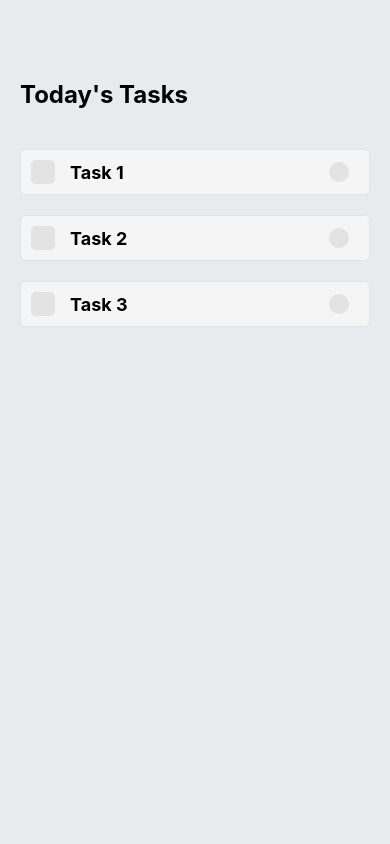
Repository: lomelo-x/ToDo-App
Screen: /
The author's editor kept a copy of each file at every save. The screen is drawn from the files as they stood at one save, then again after a run of saves.
The app was drawn by React Native's web renderer in a window 390 px wide. The project was rebuilt for these pictures with package versions that can differ from the ones it lists, and the page was loaded fresh each time.

Above is the screen before, as saved 2022-06-17 19:49:23.

After the next 2 saves:
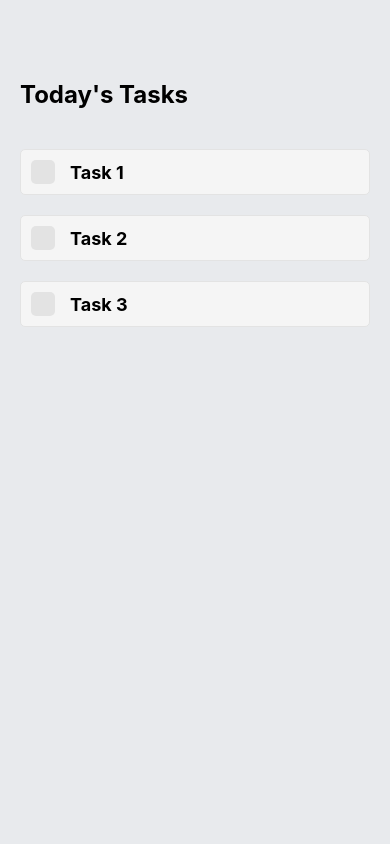
The 2 saves are shown as one change because they came seconds apart.
The last was saved 30 s later.
--- a/components/Task.js
+++ b/components/Task.js
@@ -40,7 +40,7 @@ const styles = StyleSheet.create({
 		width: 20,
 		height: 20,
 		borderRadius: 50,
-		backgroundColor: '#e3e3e3',
+		borderColor: '#e3e3e3',
 		marginRight: 10,
 
 
